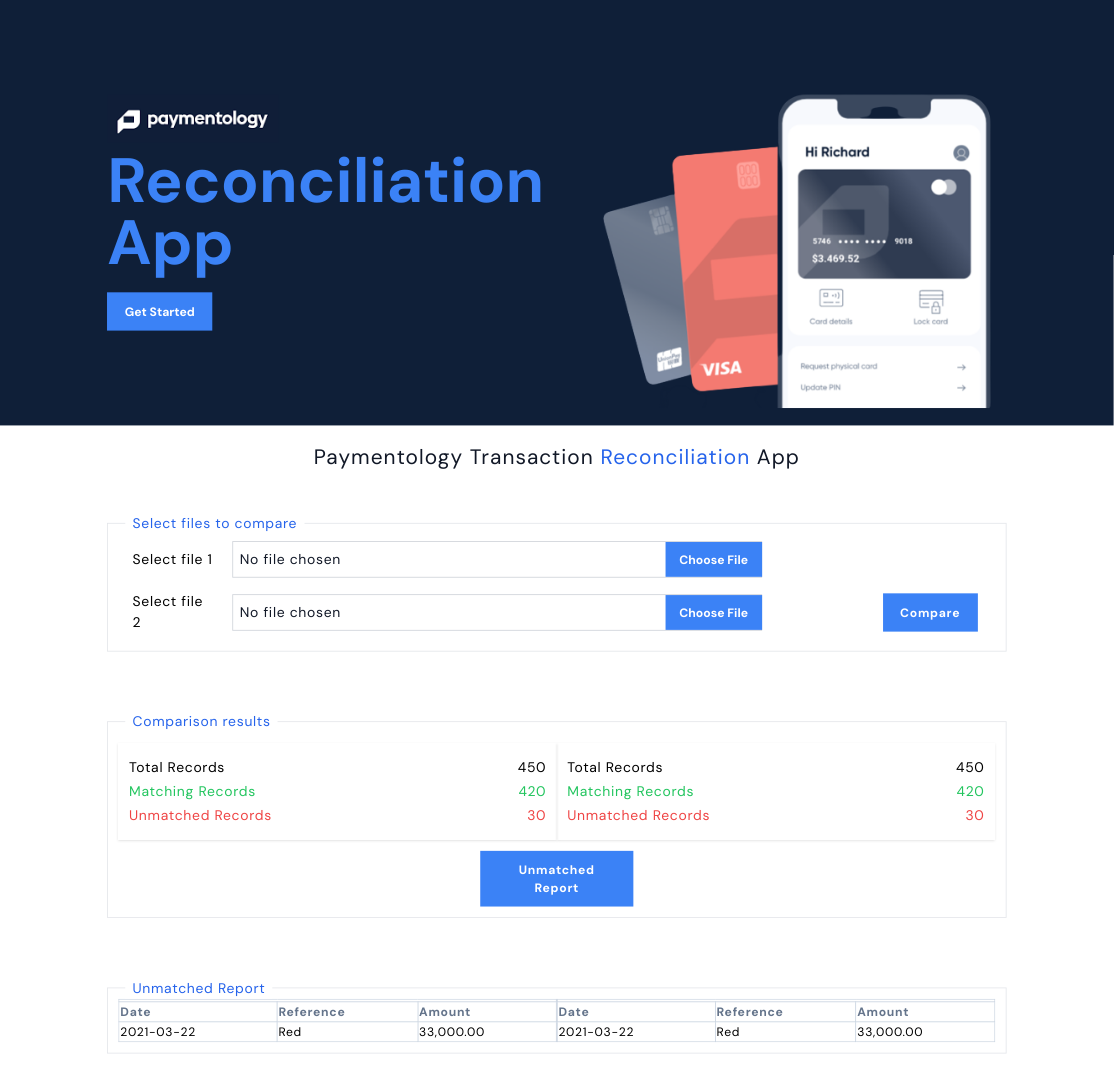
Repository: chionye/paymentology-front
Page: /
These files come from the project's save history. The page is drawn as it stood at one moment and after a run of saves; the edit follows.
The browser window is 1280 px wide. The pictures show the whole page, at 87% of full size.
The project was rebuilt for these pictures with package versions that can differ from the ones it lists, and the page was loaded fresh each time.

Above is the page before, as saved 2022-03-20 13:56:10.

### public/index.html
<!DOCTYPE html>
<html lang="en">
  <head>
    <meta charset="utf-8" />
    <link rel="icon" href="%PUBLIC_URL%/favicon.ico" />
    <meta name="viewport" content="width=device-width, initial-scale=1" />
    <meta name="theme-color" content="#000000" />
    <meta
      name="description"
      content="Web site created using create-react-app"
    />
    <link rel="preconnect" href="https://fonts.googleapis.com">
    <link rel="preconnect" href="https://fonts.gstatic.com" crossorigin>
    <link href="https://fonts.googleapis.com/css2?family=DM+Sans:wght@400;700&display=swap" rel="stylesheet">
    <link rel="apple-touch-icon" href="%PUBLIC_URL%/logo192.png" />
    <!--
      manifest.json provides metadata used when your web app is installed on a
      user's mobile device or desktop. See https://developers.google.com/web/fundamentals/web-app-manifest/
    -->
    <link rel="manifest" href="%PUBLIC_URL%/manifest.json" />
    <!--
      Notice the use of %PUBLIC_URL% in the tags above.
      It will be replaced with the URL of the `public` folder during the build.
      Only files inside the `public` folder can be referenced from the HTML.

      Unlike "/favicon.ico" or "favicon.ico", "%PUBLIC_URL%/favicon.ico" will
      work correctly both with client-side routing and a non-root public URL.
      Learn how to configure a non-root public URL by running `npm run build`.
    -->
    <title>React App</title>
  </head>
  <body>
    <noscript>You need to enable JavaScript to run this app.</noscript>
    <div id="root"></div>
    <!--
      This HTML file is a template.
      If you open it directly in the browser, you will see an empty page.

      You can add webfonts, meta tags, or analytics to this file.
      The build step will place the bundled scripts into the <body> tag.

      To begin the development, run `npm start` or `yarn start`.
      To create a production bundle, use `npm run build` or `yarn build`.
    -->
  </body>
</html>

### src/index.css
@tailwind base;
@tailwind components;
@tailwind utilities;

body {
  margin: 0;
  padding:0;
  box-sizing: border-box;
  font-family: -apple-system, BlinkMacSystemFont, 'Segoe UI', 'Roboto', 'Oxygen',
    'Ubuntu', 'Cantarell', 'Fira Sans', 'Droid Sans', 'Helvetica Neue',
    sans-serif;
  -webkit-font-smoothing: antialiased;
  -moz-osx-font-smoothing: grayscale;
  font-family: 'DM Sans', sans-serif;
}

input[type=file]::file-selector-button {
  position: absolute;
  right:-5px;
  top:0;

}
input[type=file]::-ms-browse {
  position: absolute;
  right:-5px;
  top:0;
}

input[type=file]::-webkit-file-upload-button {
  position: absolute;
  right:-5px;
  top:0;
}

### src/App.js
import Banner from "./components/Banner";
import CompareFiles from "./components/CompareFiles";
import { FileProvider } from "./context/index.context";
import Results from "./components/Results";
import Report from "./components/Report";
import Title from "./components/Title";

function App() {
  return (
    <FileProvider>
      <Banner />
      <Title />

      <CompareFiles />
      <Results />
      <Report />
    </FileProvider>

  );
}

export default App;

### src/components/Banner.js
import BannerImg from "../assets/PaymentologyImg.png";
import Logo from "../assets/PaymentologyLogo.png"
import Container from "./Container";
import Button from "./Button";
const Banner = () => {
    const style = {
        background: "#0f1f38"
    }
    return(
        <div style={style} >
            <Container>
                <div className="w-5/6 mx-auto flex flex-col md:flex-row md:justify-between md:items-center">
                    <div className="w-1/2 text-white  font-bold">
                        <img className="" src={Logo}  alt="Paymentology Logo"/>
                        <h1 className="text-7xl mt-2 text-blue-500">Reconciliation App</h1>
                        {/* <div className="w-4/6 h-1 bg-white"></div> */}

                        <div className="mt-5">
                            <Button label="Get Started" />
                        </div>

                    </div>
                    <div className="w-1/2 ">
                        <img src={BannerImg} alt="Banner" />
                    </div>
                </div>

            </Container>



        </div>
    )
}

export default Banner;

### src/components/CompareFiles.js
import Button from "./Button";
import Container from "./Container";
import InputFile from "./InputFile";
import Section from "./Section";
import { useFileContext } from "../context/index.context";

const CompareFiles = () => {
    const {file, setFile} = useFileContext();

    const saveFile_1 = e => {
        setFile({
            ...file,
            file1: e.target.files[0],
            fileName1: e.target.files[0].name
        })
    }

    const saveFile_2 = e => {
        setFile({
            ...file,
            file2: e.target.files[0],
            fileName2: e.target.files[0].name
        })
    }

    return(
        <Container>
            <Section title={"Select files to compare"}>
                <InputFile
                file={"Select file 1"}
                handleFile={saveFile_1}
                 />
                <div className="flex flex-col md:flex-row md:items-center md:justify-between">
                    <InputFile
                    file={"Select file 2"}
                    handleFile={saveFile_2}
                    />
                    <div className="my-3 md:my-0 md:mr-5">

                    <Button width={"w-full"} label={"Compare"} />
                    </div>

                </div>
            </Section>
        </Container>

    )
}

export default CompareFiles;

### src/context/index.context.js
import { createContext, useContext, useState } from "react";

const FileContext = createContext(null);

export const FileProvider = ({children}) => {
     const [file, setFile] = useState({
        file1: '',
        fileName1: '',
        file2:'',
        fileName2: ''
    });

    return(
        <FileContext.Provider value={{file, setFile}}>
            {children}
        </FileContext.Provider>
    )
}

export const useFileContext = () => useContext(FileContext);

### src/components/Results.js
import Button from "./Button";
import Container from "./Container";
import FileSummary from "./FileSummary";
import Section from "./Section";
import { useFileContext } from "../context/index.context";

const Results = () => {
    const { file } = useFileContext();
    return(
        <Container>
            <Section title={"Comparison results"}>
                <div className="flex flex-col md:flex-row md:justify-between md:items-center">
                    <FileSummary
                        fileName={file.fileName1}
                        totalRecords={450}
                        matchingRecords={420}
                        unmatchedRecords={30}
                    />
                    <FileSummary
                        fileName={file.fileName2}
                        totalRecords={450}
                        matchingRecords={420}
                        unmatchedRecords={30}
                    />
                </div>
                <div className="md:flex md:w-44 md:justify-center md:mx-auto">
                        <Button width={"w-full"} label={"Unmatched Report"} />
                </div>
            </Section>
        </Container>
    )
}

export default Results;

### src/components/Report.js
import Container from "./Container";
import Section from "./Section";
import FileReports from "./FileReports";


const Report = () => {

    return(
        <Container>
            <Section title={"Unmatched Report"}>
                <FileReports />
            </Section>
        </Container>
    )
}

export default Report;

### src/components/Title.js
import Container from "./Container"

const Title = () => {
    return(
        <Container>
            <div className="md:w-5/6 mx-auto">
                <h1 className="font-medium tracking-wider text-center  leading-loose text-xl md:text-2xl text-gray-900">Paymentology Transaction <span className="text-blue-600">Reconciliation</span> App</h1>

            </div>
        </Container>
    )
}

export default Title;

### src/components/Container.js
const Container = (props) => {

    return <div className="p-5 mx-auto">{props.children}</div>
}
export default Container;

### src/components/Button.js
const Button = (props) => {

    return <button className={`${props.width} bg-blue-500 hover:bg-blue-700 py-3 px-5 text-sm text-white font-semibold`} disabled={true}>{props.label}</button>
}

export default Button;

### src/components/InputFile.js


const InputFile = (props) => {


    return(
        <div className="flex flex-col md:flex-row w-full md:w-3/4 md:items-center md:justify-between text-sm md:text-base tracking-wider my-2 md:px-4">
            <label className="w-28 ">{props.file}</label>
            <div className="w-full border border-1 border-gray-300 py-2.5 sm:py-2 relative md:ml-5">
                <input type="file"
                        className="block
                        font-medium
                        tracking-wider
                        w-full
                        pl-2
                        appearance-none
                        text-gray-900
                        file:py-2.5
                        file:px-4
                        file:border-0
                        file:text-sm
                        file:font-semibold
                        file:bg-blue-500
                        hover:file:bg-blue-700
                        file:text-white"
                        onChange={props.handleFile}
                    />
            </div>

        </div>
    )
}

export default InputFile;

### src/components/Section.js

const Section = (props) => {
    return(
        <div className="relative md:w-5/6  h-auto p-3 border border-1 border-gray mx-auto my-5 tracking-wider">
            <div className="absolute font-medium -top-3 left-1 md:left-5 bg-white  text-blue-600 px-2">{props.title}</div>
            {props.children}
        </div>
    )
}

export default Section;

### src/components/FileSummary.js
const FileSummary = (props) => {
    return(
        <div className="shadow text-sm md:text-base p-3 my-3 w-full md:w-1/2  max-w-lg tracking-wider ">
            <div className="font-semibold text-xl">{props.fileName}</div>
            <div className="flex flex-row justify-between my-1">
                <span>Total Records</span>
                <span>{props.totalRecords}</span>
            </div>
            <div className="flex flex-row justify-between my-1 text-green-500">
                <span>Matching Records</span>
                <span>{props.matchingRecords}</span>
            </div>
            <div className="flex flex-row justify-between my-1 text-red-500">
                <span>Unmatched Records</span>
                <span>{props.unmatchedRecords}</span>
            </div>
        </div>
    )
}

export default FileSummary;

### src/components/FileReports.js
import { useFileContext } from "../context/index.context";
import FileReport from './FileReport';

const FileReports = () => {
    const {file} = useFileContext();

    return(
        <div className="w-full overflow-x-scroll flex flex-row">
            <FileReport
                fileName={file.fileName1}
                date={'2021-03-22'}
                reference={'Red'}
                amount={'33,000.00'}
            />
            <FileReport
                fileName={file.fileName2}
                date={'2021-03-22'}
                reference={'Red'}
                amount={'33,000.00'}
            />
        </div>

    )
}

export default FileReports;

### src/components/FileReport.js
const FileReport = (props) => {
    return(
        <table className="w-full border-collapse border-gray-300 text-sm">
            <thead>
                <tr className="text-left">
                    <th className="font-medium text-base border border-slate-300" colSpan={3} >{props.fileName}</th>
                </tr>
                <tr className="text-left text-slate-500">
                    <th className="border border-slate-300">Date</th>
                    <th className="border border-slate-300">Reference</th>
                    <th className="border border-slate-300">Amount</th>
                </tr>
            </thead>
            <tbody>
                <tr>
                    <td className="border border-slate-300">{props.date}</td>
                    <td className="border border-slate-300">{props.reference}</td>
                    <td className="border border-slate-300">{props.amount}</td>
                </tr>
            </tbody>
        </table>
    )
}

export default FileReport;

Loaded but not shown: src/index.js (common file); src/reportWebVitals.js (common file); tailwind.config.js (common file)

After the next 2 saves:
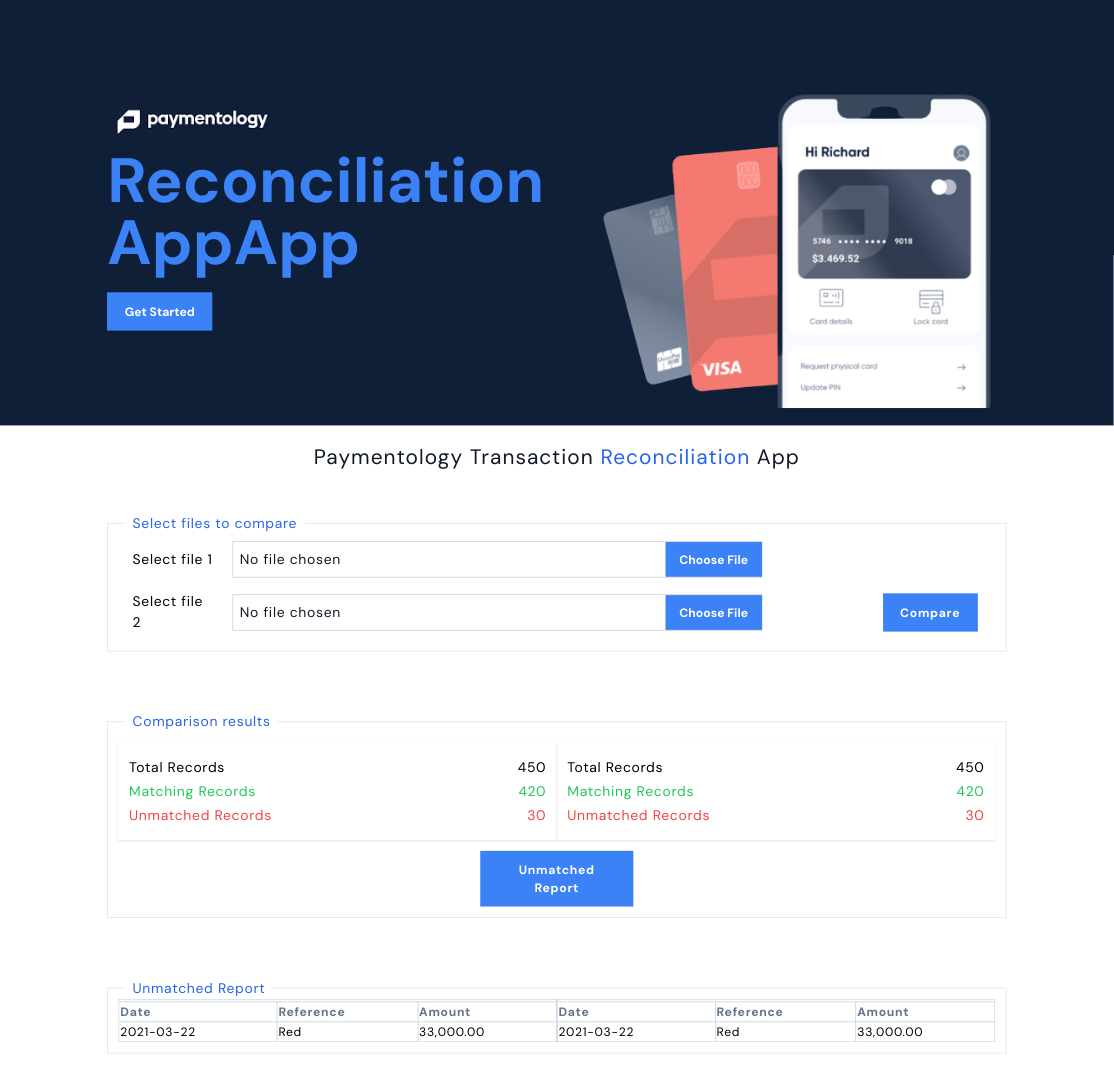
The 2 saves are shown as one change because they came seconds apart.
The last was saved 13 s later.
--- a/src/components/Banner.js
+++ b/src/components/Banner.js
@@ -12,7 +12,7 @@ const Banner = () => {
                 <div className="w-5/6 mx-auto flex flex-col md:flex-row md:justify-between md:items-center">
                     <div className="w-1/2 text-white  font-bold">
                         <img className="" src={Logo}  alt="Paymentology Logo"/>
-                        <h1 className="text-7xl mt-2 text-blue-500">Reconciliation App</h1>
+                        <h1 className="text-7xl mt-2 text-blue-500">Reconciliation <span>App</span>App</h1>
                         {/* <div className="w-4/6 h-1 bg-white"></div> */}
 
                         <div className="mt-5">

After the save that followed:
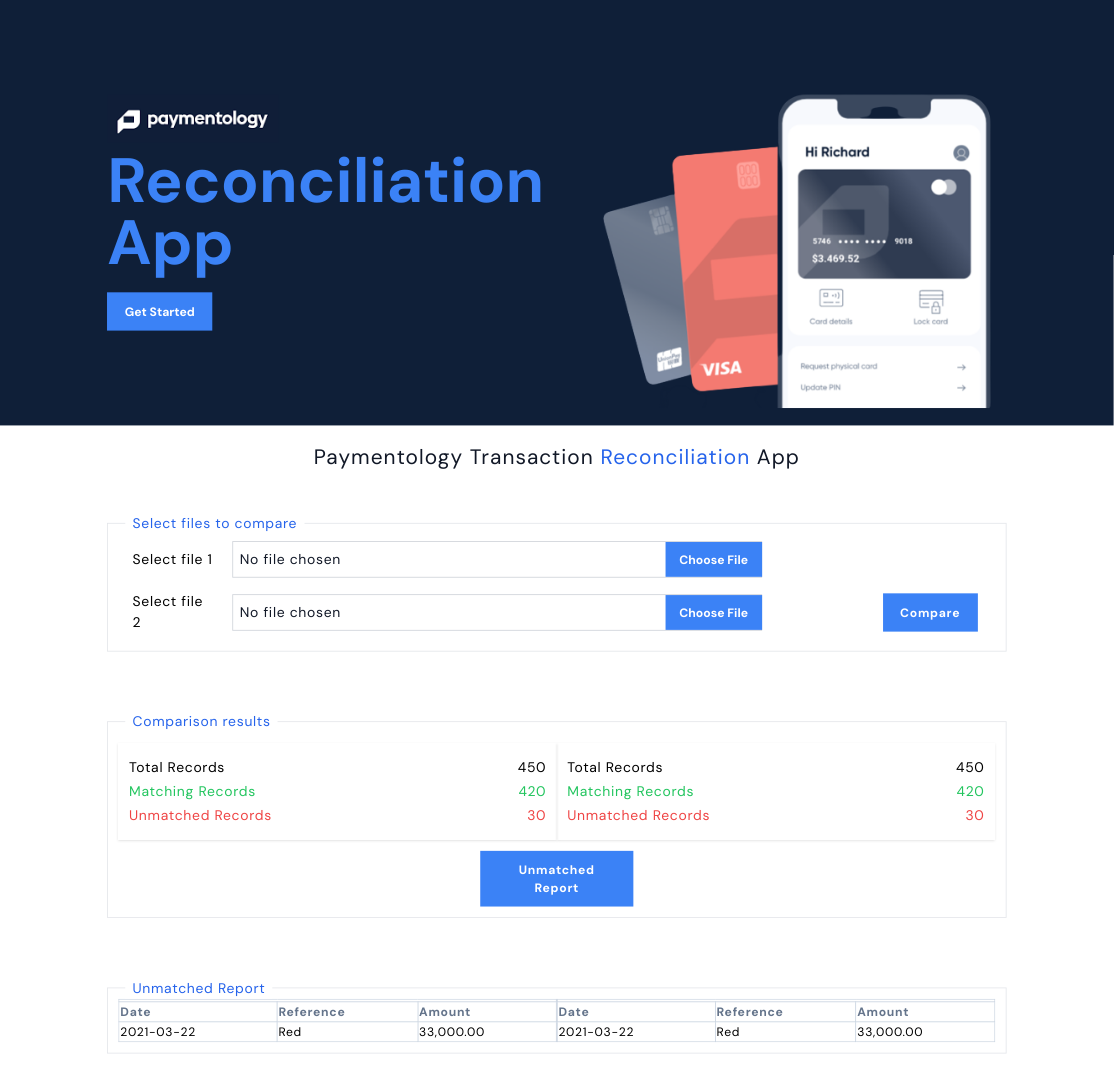
Saved 4 s later.
--- a/src/components/Banner.js
+++ b/src/components/Banner.js
@@ -12,7 +12,7 @@ const Banner = () => {
                 <div className="w-5/6 mx-auto flex flex-col md:flex-row md:justify-between md:items-center">
                     <div className="w-1/2 text-white  font-bold">
                         <img className="" src={Logo}  alt="Paymentology Logo"/>
-                        <h1 className="text-7xl mt-2 text-blue-500">Reconciliation <span>App</span>App</h1>
+                        <h1 className="text-7xl mt-2 text-blue-500">Reconciliation <span>App</span></h1>
                         {/* <div className="w-4/6 h-1 bg-white"></div> */}
 
                         <div className="mt-5">
